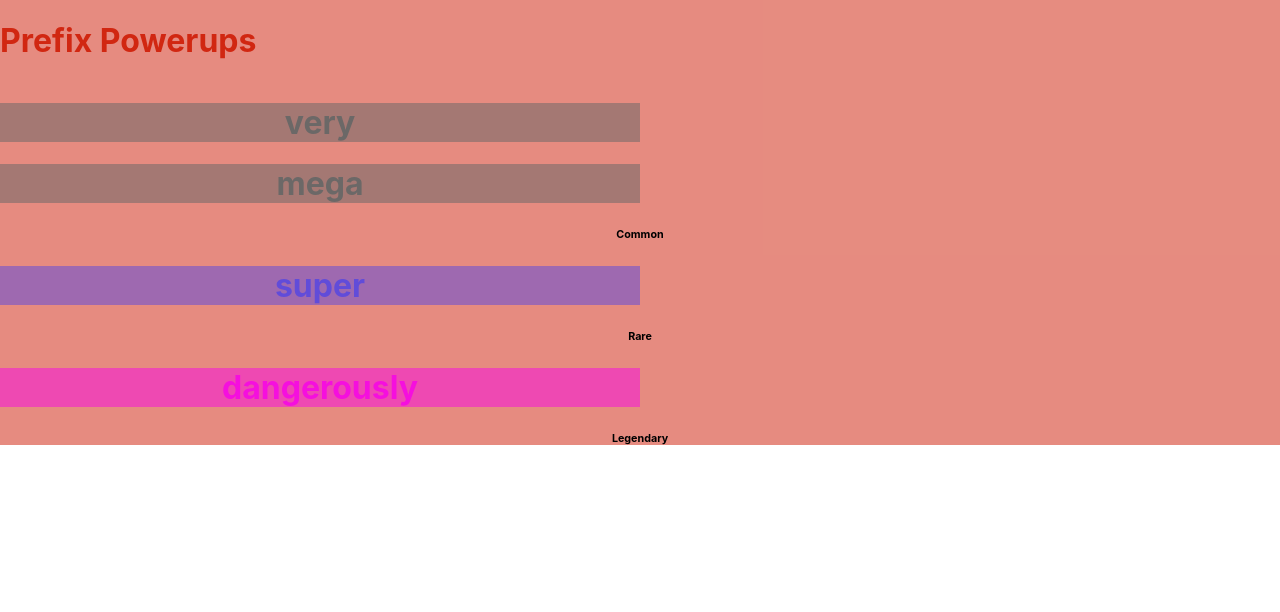
Repository: bsalgado98/buns-inator
Page: /
These files come from the project's save history. The page is drawn as it stood at one moment and after the next save; the edit follows.
The browser window is 1280 px wide. The pictures show the whole page.
The project was rebuilt for these pictures with package versions that can differ from the ones it lists, and the page was loaded fresh each time.

Above is the page before, as saved 2022-04-25 22:23:16.

After the next save:
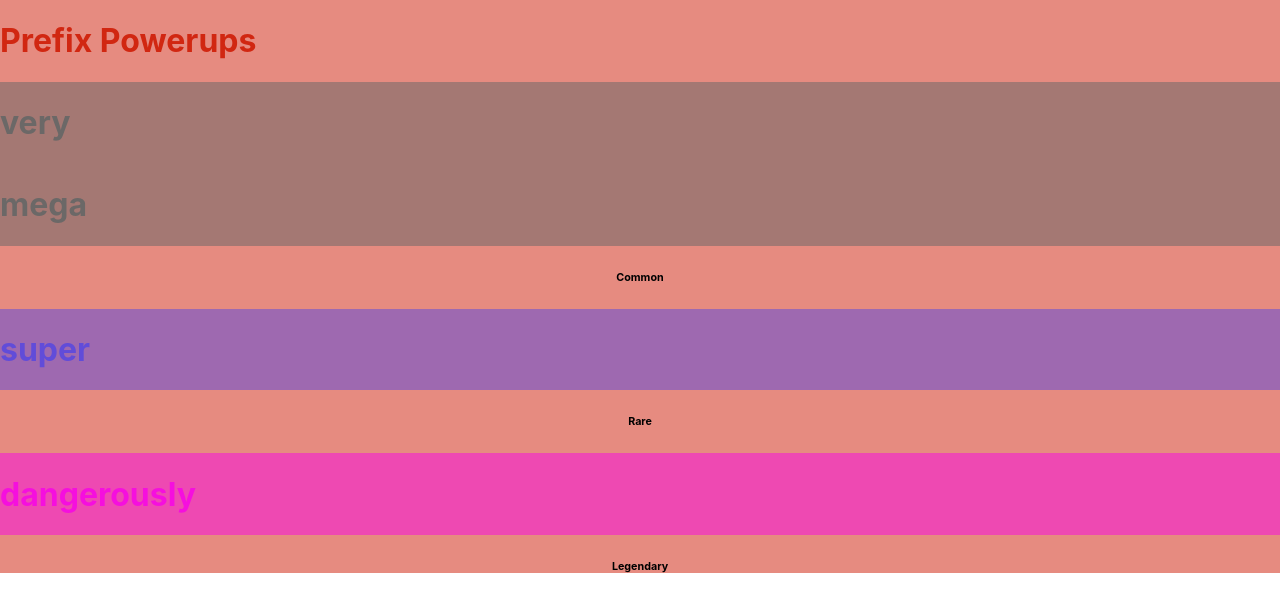
Saved 28 s later.
--- a/src/components/WordCard/WordCard.js
+++ b/src/components/WordCard/WordCard.js
@@ -3,7 +3,7 @@ const WordCard = ({ text = "N/A", color = "#000000" }) => {
         container: {
             style: {
                 background: `${color}88`,
-                width: '50%'
+                display: 'flex'
             }
         },
         text: {
